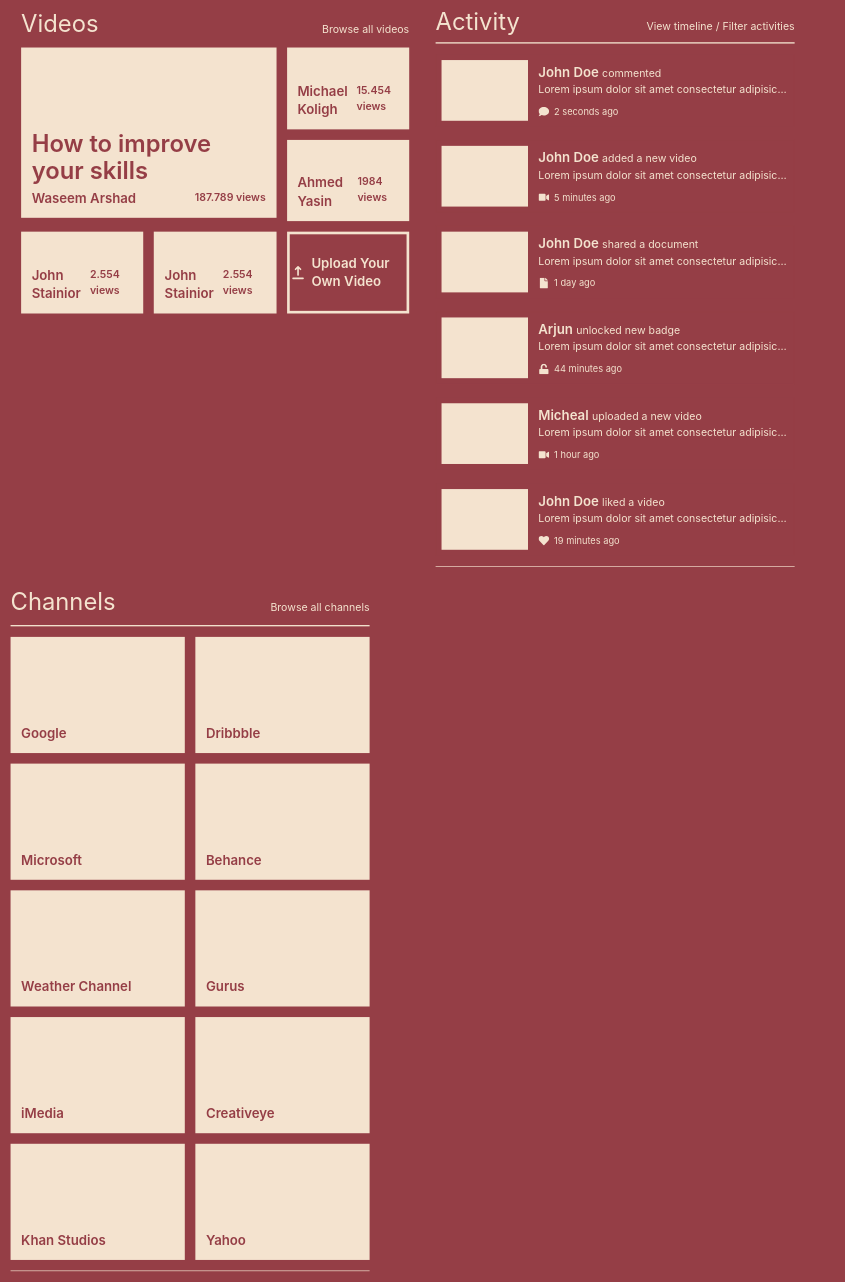
Repository: farrelmuhammad/test-salt
Page: /
The author's editor kept a copy of each file at every save. The page is drawn from the files as they stood at one save, then again after a run of saves.
The browser window is 1280 px wide. The pictures show the whole page, at 66% of full size.
The project was rebuilt for these pictures with package versions that can differ from the ones it lists, and the page was loaded fresh each time. Also part of the build but not shown: src/App.css.

Above is the page before, as saved 2022-11-21 16:53:05.

### src/index.css
@tailwind base;
@tailwind components;
@tailwind utilities;

body {
  margin: 0;
  font-family: -apple-system, BlinkMacSystemFont, "Segoe UI", "Roboto", "Oxygen", "Ubuntu", "Cantarell", "Fira Sans", "Droid Sans", "Helvetica Neue", sans-serif;
  -webkit-font-smoothing: antialiased;
  -moz-osx-font-smoothing: grayscale;
  background-color: #953e46;
}

code {
  font-family: source-code-pro, Menlo, Monaco, Consolas, "Courier New", monospace;
}

@layer components {
  .box-text {
    @apply bg-[#F4E3CF] aspect-[3/2] text-[#953e46] p-4;
  }

  .card {
    @apply flex flex-row border border-[#953e46] p-2;
  }

  .hr-top {
    @apply h-[2px] bg-[#F4E3CF] border-none mb-4;
  }

  .hr-bottom {
    @apply h-[1px] bg-[#F4E3CF] border-none my-4;
  }
}

### src/App.js
import logo from "./logo.svg";
import "./App.css";
import Box from "./components/Box";
import Channels from "./components/Channels";
import Activity from "./components/Activity";

function App() {
  return (
    <>
      <div className="container">
        <div class="grid grid-cols-2 gap-2">
          <div>
            <Box />
          </div>
          <div>
            <Activity />
          </div>
        </div>
      </div>
      <Channels />
    </>
  );
}

export default App;

### src/components/Box.jsx
import React from "react";
import { HiUpload } from "react-icons/hi";

const Box = () => {
  return (
    <>
      <section className="container">
        <div className="flex items-end justify-between py-4">
          <h1 className="text-4xl text-[#F4E3CF]">Videos</h1>
          <a href="" className="text-base text-[#F4E3CF]">
            Browse all videos
          </a>
        </div>

        <div class="grid grid-cols-3 gap-4">
          <div class="col-span-2 row-span-2 box-text flex flex-col justify-end">
            <h2 className="text-4xl font-semibold mb-2">How to improve your skills</h2>
            <div className="flex justify-between">
              <h4 className="text-xl font-semibold">Waseem Arshad</h4>

              <p className="text-base font-semibold">187.789 views</p>
            </div>
          </div>

          <div class="box-text flex flex-col justify-end">
            <div className="flex justify-between">
              <h4 className="text-xl font-semibold">Michael Koligh</h4>

              <p className="text-base font-semibold">15.454 views</p>
            </div>
          </div>

          <div class="box-text flex flex-col justify-end">
            <div className="flex justify-between">
              <h4 className="text-xl font-semibold">Ahmed Yasin</h4>

              <p className="text-base font-semibold">1984 views</p>
            </div>
          </div>

          <div class="box-text flex flex-col justify-end">
            <div className="flex justify-between">
              <h4 className="text-xl font-semibold">John Stainior</h4>

              <p className="text-base font-semibold">2.554 views</p>
            </div>
          </div>

          <div class="box-text flex flex-col justify-end">
            <div className="flex justify-between">
              <h4 className="text-xl font-semibold">John Stainior</h4>

              <p className="text-base font-semibold">2.554 views</p>
            </div>
          </div>

          <div class="border-4 border-[#F4E3CF] text-[#F4E3CF] flex items-center justify-center">
            <HiUpload className="rounded-full w-10 h-10 mr-2" /> <h2 className="text-xl font-semibold">Upload Your Own Video</h2>
          </div>
        </div>
      </section>
    </>
  );
};

export default Box;

### src/components/Channels.jsx
import React from "react";

const Channels = () => {
  return (
    <>
      <section className="container max-w-xl">
        <div className="flex items-end justify-between py-4">
          <h1 className="text-4xl text-[#F4E3CF]">Channels</h1>
          <a href="" className="text-base text-[#F4E3CF]">
            Browse all channels
          </a>
        </div>

        <hr className="hr-top" />

        <div class="grid grid-cols-2 gap-4 ">
          <div class="box-text text-xl font-semibold flex items-end">Google</div>
          <div class="box-text text-xl font-semibold flex items-end">Dribbble</div>
          <div class="box-text text-xl font-semibold flex items-end">Microsoft</div>
          <div class="box-text text-xl font-semibold flex items-end">Behance</div>
          <div class="box-text text-xl font-semibold flex items-end">Weather Channel</div>
          <div class="box-text text-xl font-semibold flex items-end">Gurus</div>
          <div class="box-text text-xl font-semibold flex items-end">iMedia</div>
          <div class="box-text text-xl font-semibold flex items-end">Creativeye</div>
          <div class="box-text text-xl font-semibold flex items-end">Khan Studios</div>
          <div class="box-text text-xl font-semibold flex items-end">Yahoo</div>
        </div>

        <hr className="hr-bottom" />
      </section>
    </>
  );
};

export default Channels;

### src/components/Activity.jsx
import React from "react";
import { FaComment, FaVideo, FaUnlock, FaHeart, FaFile } from "react-icons/fa";

const Activity = () => {
  return (
    <>
      <section className="container max-w-xl">
        <div className="flex items-end justify-between py-3">
          <h1 className="text-4xl text-[#F4E3CF]">Activity</h1>
          <a href="" className="text-base text-[#F4E3CF]">
            View timeline / Filter activities
          </a>
        </div>

        <hr className="hr-top" />

        <div class="flex flex-col space-y-5">
          <div class="card hover:border-[#F4E3CF]">
            <div className="w-48 bg-[#F4E3CF]"></div>

            <div class="py-1 pl-4 truncate text-[#F4E3CF]">
              <h5 class="text-xl font-semibold">
                John Doe <span className="text-base font-normal">commented</span>
              </h5>
              <p class="text-base mb-3 truncate">Lorem ipsum dolor sit amet consectetur adipisicing elit. Ratione, similique!</p>
              <p class="text-sm flex items-center">
                <FaComment className="w-4 h-4 mr-2" />2 seconds ago
              </p>
            </div>
          </div>

          <div class="card hover:border-[#F4E3CF]">
            <div className="w-48 bg-[#F4E3CF]"></div>

            <div class="py-1 pl-4 truncate text-[#F4E3CF]">
              <h5 class="text-xl font-semibold">
                John Doe <span className="text-base font-normal">added a new video</span>
              </h5>
              <p class="text-base mb-3 truncate">Lorem ipsum dolor sit amet consectetur adipisicing elit. Ratione, similique!</p>
              <p class="text-sm flex items-center">
                <FaVideo className="w-4 h-4 mr-2" />5 minutes ago
              </p>
            </div>
          </div>

          <div class="card hover:border-[#F4E3CF]">
            <div className="w-48 bg-[#F4E3CF]"></div>

            <div class="py-1 pl-4 truncate text-[#F4E3CF]">
              <h5 class="text-xl font-semibold">
                John Doe <span className="text-base font-normal">shared a document</span>
              </h5>
              <p class="text-base mb-3 truncate">Lorem ipsum dolor sit amet consectetur adipisicing elit. Ratione, similique!</p>
              <p class="text-sm flex items-center">
                <FaFile className="w-4 h-4 mr-2" />1 day ago
              </p>
            </div>
          </div>

          <div class="card hover:border-[#F4E3CF]">
            <div className="w-48 bg-[#F4E3CF]"></div>

            <div class="py-1 pl-4 truncate text-[#F4E3CF]">
              <h5 class="text-xl font-semibold">
                Arjun <span className="text-base font-normal">unlocked new badge</span>
              </h5>
              <p class="text-base mb-3 truncate">Lorem ipsum dolor sit amet consectetur adipisicing elit. Ratione, similique!</p>
              <p class="text-sm flex items-center">
                <FaUnlock className="w-4 h-4 mr-2" />
                44 minutes ago
              </p>
            </div>
          </div>

          <div class="card hover:border-[#F4E3CF]">
            <div className="w-48 bg-[#F4E3CF]"></div>

            <div class="py-1 pl-4 truncate text-[#F4E3CF]">
              <h5 class="text-xl font-semibold">
                Micheal <span className="text-base font-normal">uploaded a new video</span>
              </h5>
              <p class="text-base mb-3 truncate">Lorem ipsum dolor sit amet consectetur adipisicing elit. Ratione, similique!</p>
              <p class="text-sm flex items-center">
                <FaVideo className="w-4 h-4 mr-2" />1 hour ago
              </p>
            </div>
          </div>

          <div class="card hover:border-[#F4E3CF]">
            <div className="w-48 bg-[#F4E3CF]"></div>

            <div class="py-1 pl-4 truncate text-[#F4E3CF]">
              <h5 class="text-xl font-semibold">
                John Doe <span className="text-base font-normal">liked a video</span>
              </h5>
              <p class="text-base mb-3 truncate">Lorem ipsum dolor sit amet consectetur adipisicing elit. Ratione, similique!</p>
              <p class="text-sm flex items-center">
                <FaHeart className="w-4 h-4 mr-2" />
                19 minutes ago
              </p>
            </div>
          </div>
        </div>

        <hr className="hr-bottom" />
      </section>
    </>
  );
};

export default Activity;

### tailwind.config.js
/** @type {import('tailwindcss').Config} */
module.exports = {
  content: ["./src/**/*.{js,jsx,ts,tsx}"],
  theme: {
    container: {
      padding: "16px",
    },
    extend: {
      screens: {
        sm: "640px",
        md: "768px",
        lg: "1024px",
        xl: "1280px",
        "2xl": "1320px",
      },
    },
  },
  plugins: [],
};

Loaded but not shown: public/index.html (common file); src/index.js (common file); src/reportWebVitals.js (common file)

After the next 2 saves:
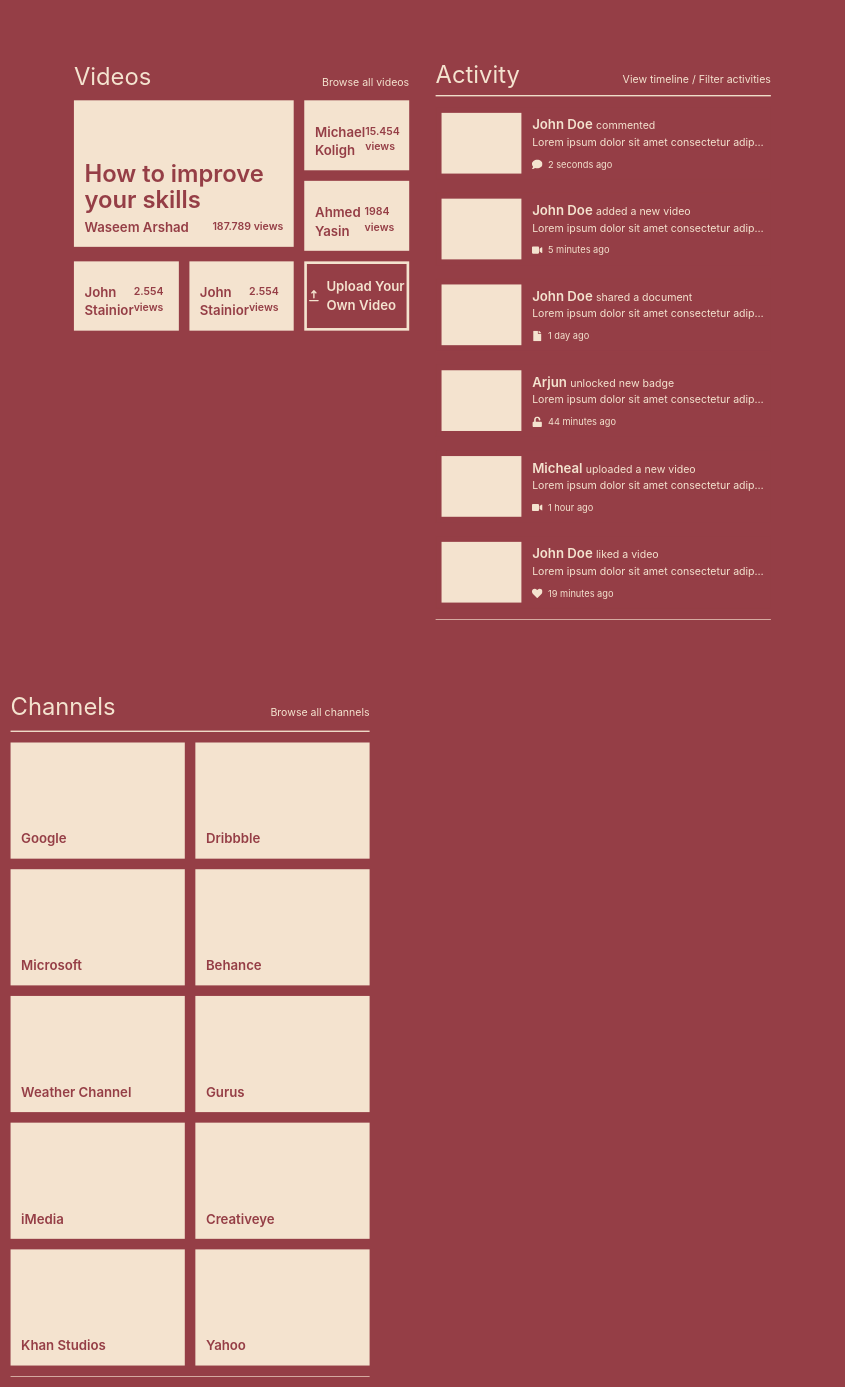
The 2 saves are shown as one change because they came seconds apart.
The last was saved 18 s later.
--- a/src/App.js
+++ b/src/App.js
@@ -8,7 +8,7 @@
   return (
     <>
       <div className="container">
-        <div class="grid grid-cols-2 gap-2">
+        <div class="grid grid-cols-2 gap-2 m-20">
           <div>
             <Box />
           </div>

After the save that followed:
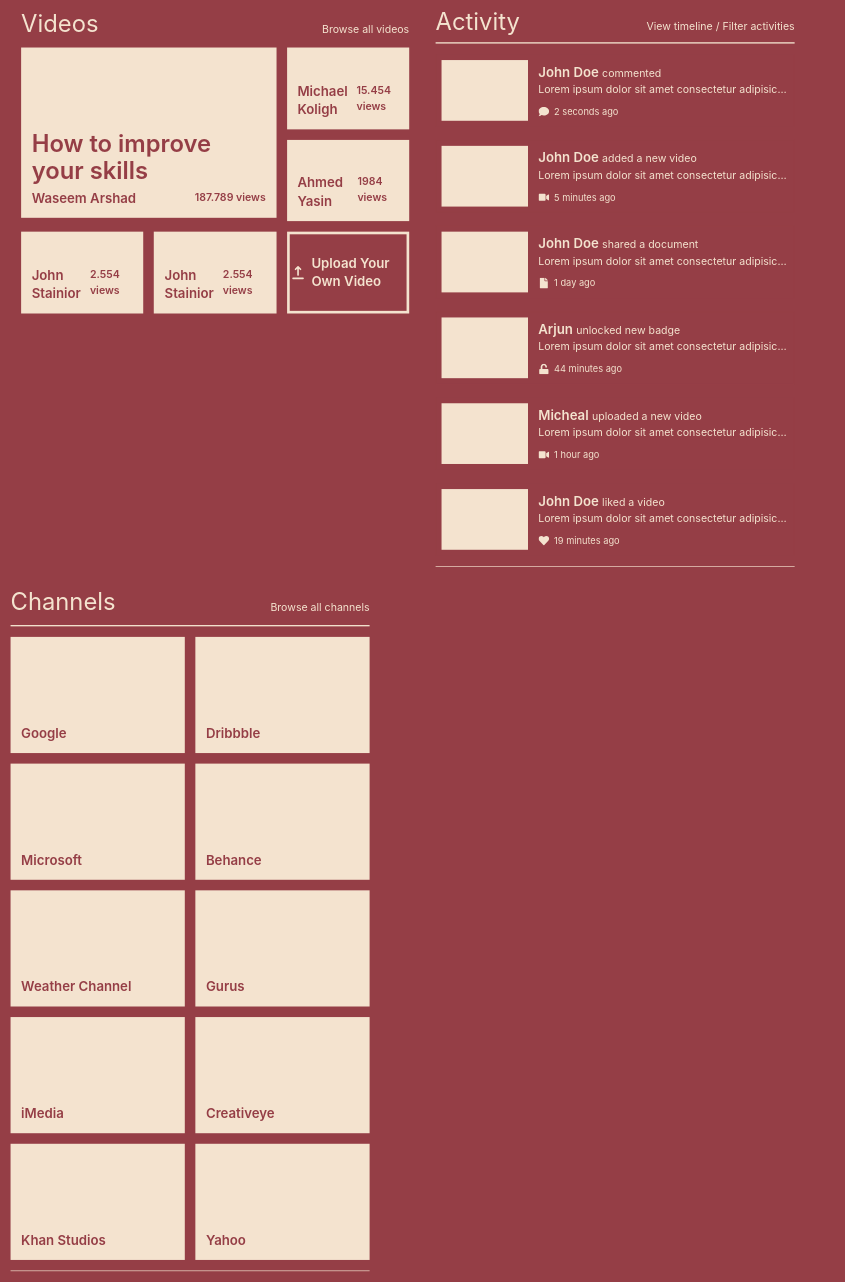
Saved 7 s later.
--- a/src/App.js
+++ b/src/App.js
@@ -8,7 +8,7 @@
   return (
     <>
       <div className="container">
-        <div class="grid grid-cols-2 gap-2 m-20">
+        <div class="grid grid-cols-2 gap-2 m-30">
           <div>
             <Box />
           </div>
